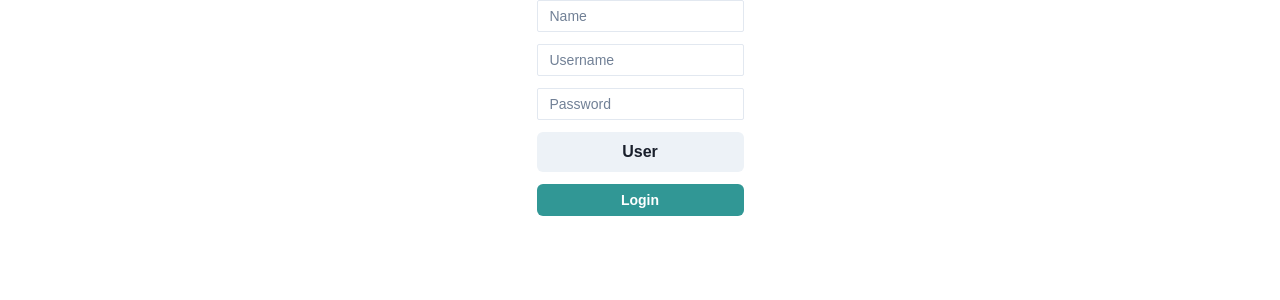
Repository: Junaidify/Event-Management-System
Page: / (app in Frontend/)
These files come from the project's save history. The page is drawn as it stood at one moment and after the next save; the edit follows.
The browser window is 1280 px wide. The pictures show the whole page.
The project was rebuilt for these pictures with package versions that can differ from the ones it lists, and the page was loaded fresh each time. Also part of the build but not shown: Frontend/vite.config.js, Frontend/src/hooks/postEvent.js, Frontend/src/hooks/useFetch.js, Frontend/src/admin/EventCreate.jsx, Frontend/src/user/userDashboard.jsx, Frontend/src/admin/FeedbackRating.jsx, Frontend/src/admin/Reschedule.jsx, Frontend/src/admin/RemoveMember.jsx.

Above is the page before, as saved 2024-08-17 21:21:42.

After the next save:
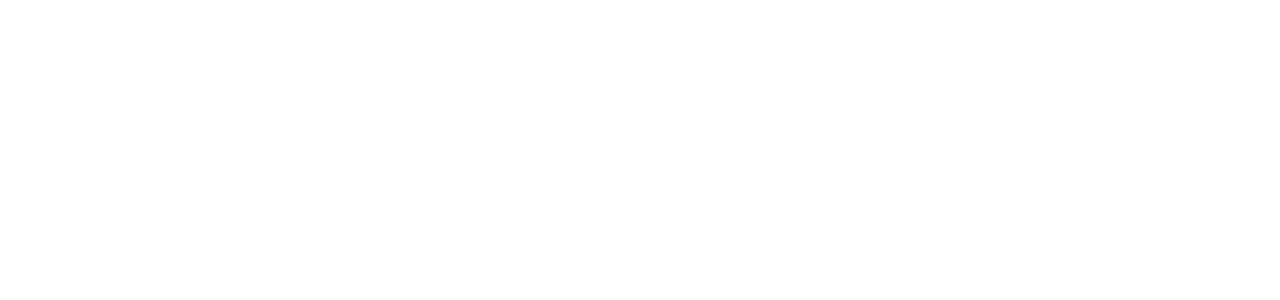
Console error (its wording comes from the project's code and is left out).
Saved 9 s later.
--- a/Frontend/src/hooks/login.js
+++ b/Frontend/src/hooks/login.js
@@ -2,7 +2,7 @@
 import { useState } from "react";
 import { useNavigate } from "react-router-dom";
 
-export const useLogin = ({ setIsAuth, setAdmin }) => {
+const useLogin = ({ setIsAuth, setAdmin }) => {
   const [login, setLogin] = useState({
     name: "",
     username: "",

After the save that followed:
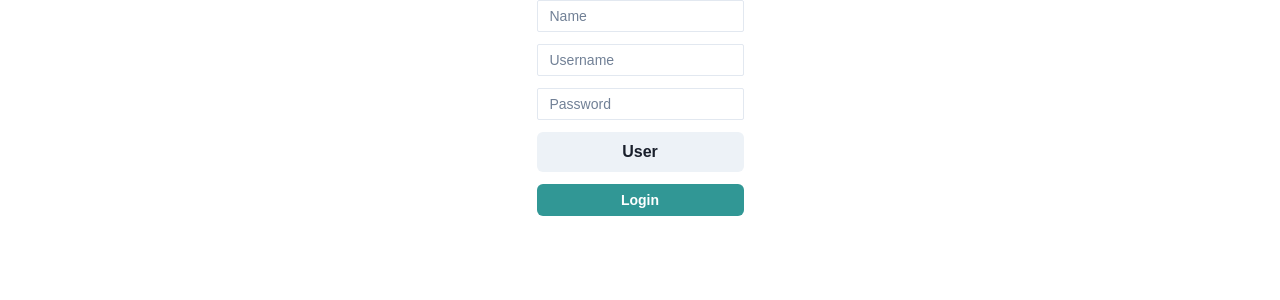
The error is gone.
Saved 6 s later.
--- a/Frontend/src/hooks/login.js
+++ b/Frontend/src/hooks/login.js
@@ -2,7 +2,7 @@
 import { useState } from "react";
 import { useNavigate } from "react-router-dom";
 
-const useLogin = ({ setIsAuth, setAdmin }) => {
+export const useLogin = ({ setIsAuth, setAdmin }) => {
   const [login, setLogin] = useState({
     name: "",
     username: "",
